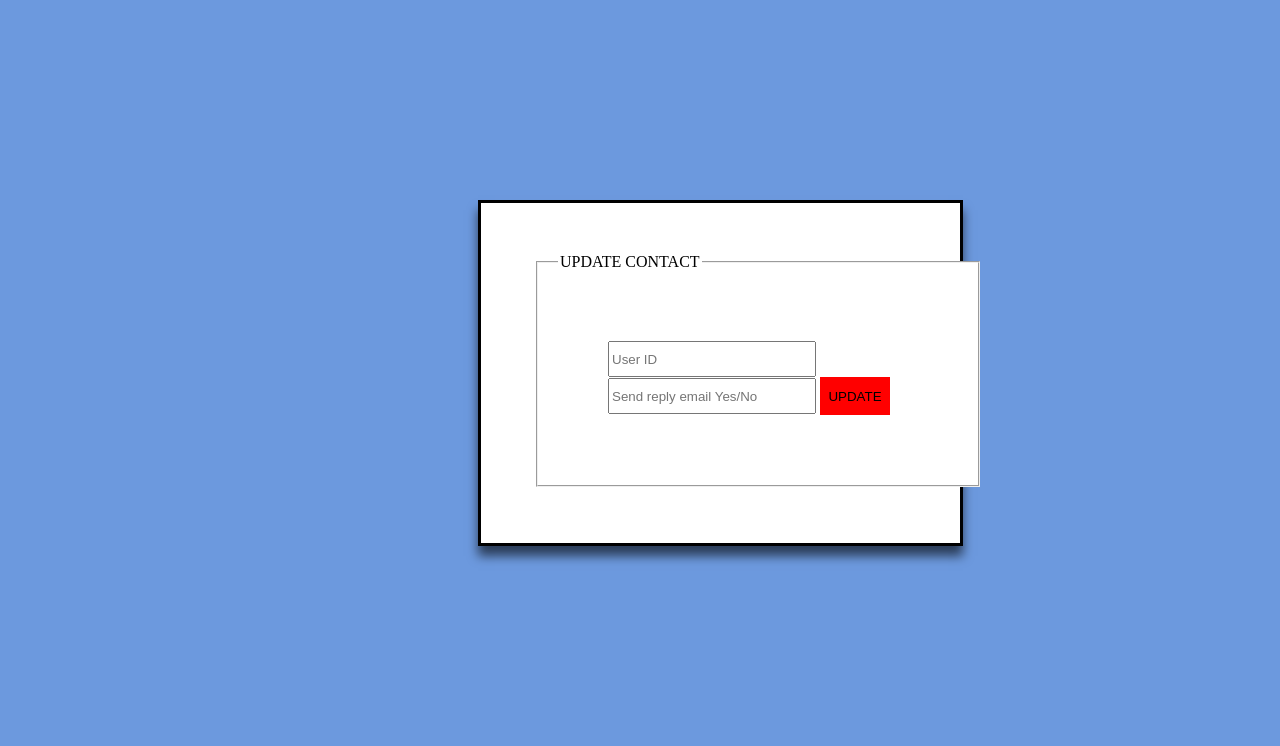
Repository: Nihara-R/Vehicle-Insurance-Portal
Page: http://localhost/updatecontact.php
The author's editor kept a copy of each file at every save. The page is drawn from the files as they stood at one save, then again after the next save.
The browser window is 1280 px wide. The pictures show the whole page.
The page is run by PHP 8.4 with error messages shown; the project is at /var/www/html/.

Above is the page before, as saved 2023-06-29 10:01:55.

### updatecontact.php
<!DOCTYPE html>
<html lang="en" dir="ltr">
  <head>
    <meta charset="utf-8">
    <title></title>
    <link rel="stylesheet" href="css/deletuser.css">
  </head>
  <body>
  <div class="formbox1">
    <fieldset class="fieldset1">
<legend>UPDATE CONTACT</legend>

    <form class="" action="include/updatecontact.inc.php" method="post">

      <input type="text" name="id" value="" placeholder="User ID" class="textbox">
      <input type="text" name="reply" value="" placeholder="Send reply email Yes/No" class="textbox">

      <input type="submit" name="submit" value="UPDATE" class="button">

</fieldset>
</div>
    </form>

  </body>
</html>

### css/deletuser.css
body{
  background: #6C99DE;
}
form{
margin: 50px;
}
.formbox{
  margin: 200px;
  margin-left: 470px;
  padding: 50px;
  height: 200px;
  border: 3px solid black;
  background-color: white;
  box-shadow: 0 10px 10px rgba(0,0, 0, 0.60);
  width: 30%;
}
.formbox1{
  margin: 200px;
  margin-left: 470px;
  padding: 50px;
  height: 240px;
  border: 3px solid black;
  background-color: white;
  box-shadow: 0 10px 10px rgba(0,0, 0, 0.60);
  width: 30%;
}

fieldset{
  width: 400px;
  padding: 20px;
  align-items: center;
  justify-content: center;
  margin-left: 5px;
  margin-top: 0px;
  background: white;
}
.fieldset1{
  width: 400px;
  padding: 20px;
  align-items: center;
  justify-content: center;
  margin-left: 5px;
  margin-top: 0px;
  background: white;
}
.button{
  background: red;
  height: 38px;
  width: 70px;
  border: none;
}
.textbox{
  height: 30px;
  width: 200px;

}

After the next save:
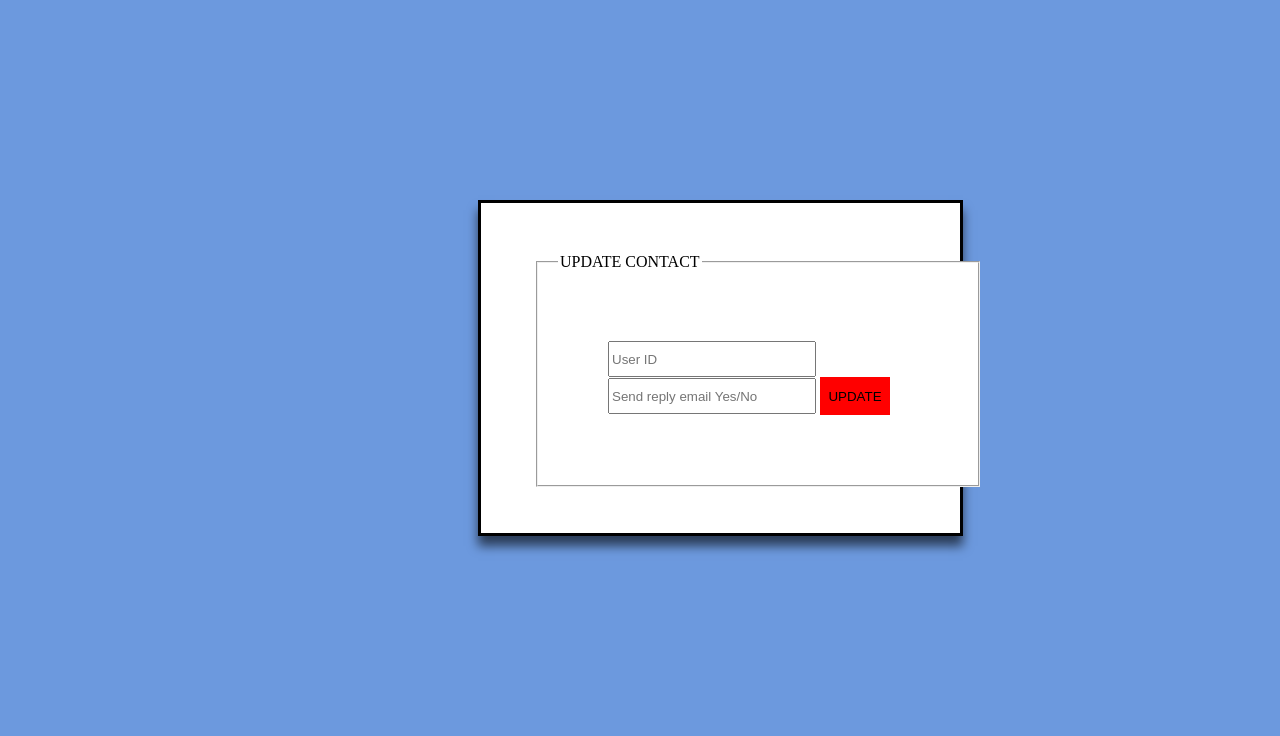
Saved 10 s later.
--- a/css/deletuser.css
+++ b/css/deletuser.css
@@ -18,7 +18,7 @@ margin: 50px;
   margin: 200px;
   margin-left: 470px;
   padding: 50px;
-  height: 240px;
+  height: 230px;
   border: 3px solid black;
   background-color: white;
   box-shadow: 0 10px 10px rgba(0,0, 0, 0.60);
